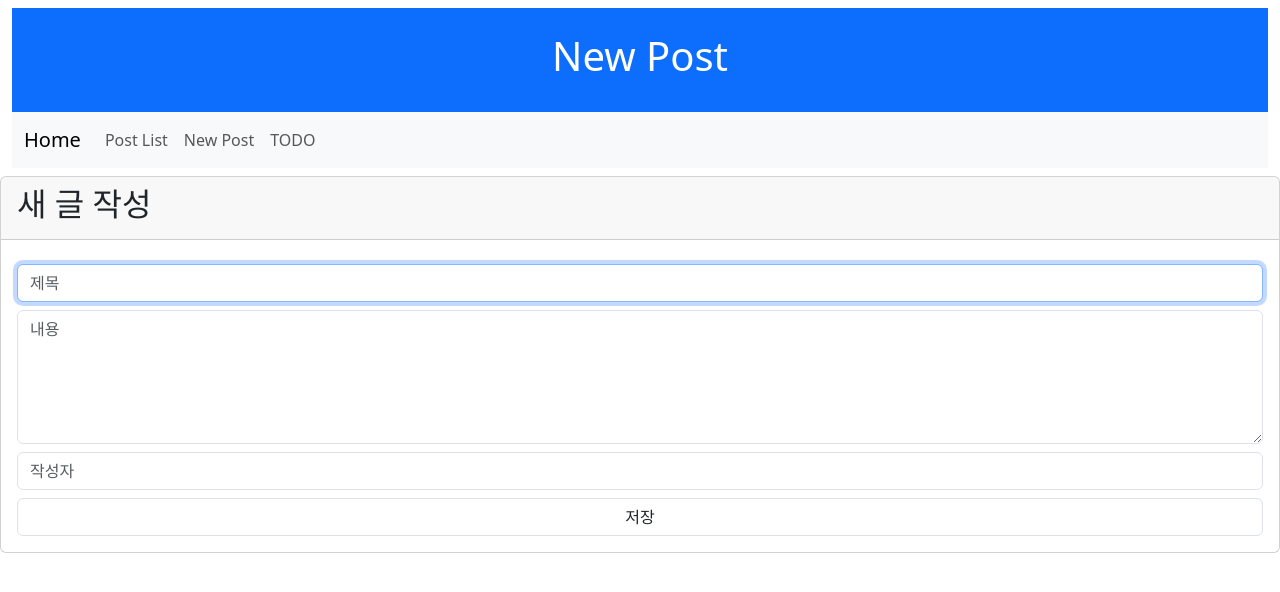
Repository: ldj0905/javaproject
Page: http://localhost/lab05_jsp/post/create
The author's editor kept a copy of each file at every save. The page is drawn from the files as they stood at one save, then again after the next save.
The browser window is 1280 px wide. The pictures show the whole page.
The page is served by Tomcat 10. Other server files are loaded and not shown.

Above is the page before, as saved 2024-05-29 02:53:17.

### lab05_jsp/src/main/webapp/WEB-INF/views/post/create.jsp
<%@ page language="java" contentType="text/html; charset=UTF-8"
    pageEncoding="UTF-8" trimDirectiveWhitespaces="true"%>
<%@ taglib prefix="c" uri="jakarta.tags.core" %>
<!DOCTYPE html>
<html>
<head>
    <meta charset="UTF-8">
    <meta name="viewport" content="width=device-width, initial-scale=1">
    <title>Insert title here</title>
    <link href="https://cdn.jsdelivr.net/npm/bootstrap@5.3.3/dist/css/bootstrap.min.css"
     rel="stylesheet"
     integrity="sha384-QWTKZyjpPEjISv5WaRU9OFeRpok6YctnYmDr5pNlyT2bRjXh0JMhjY6hW+ALEwIH"
     crossorigin="anonymous">
</head>
<body>
    <div class = "container-fluid">
        <c:set var ="pageTitle" value = "New Post" scope = "page"/> <!-- 변수를 선언하겠다 ! -->
        <%@ include file = "../fragments/header.jspf" %> <!-- 헤더 jspf포함시키기 -->
    </div>
    <main>
        <div class = "mt-2 card">
            <div class = "card-header">
                <h2>새 글 작성</h2>
            </div>
            <div class="card-body">
                <c:url var = "newPostPage" value="/post/create" />
                <form method="post" action ="${newPostPage}"></form> <!-- 왜 포스트 방식으로보냄 -->
                    <div class="mt-2">
                        <input class="form-control"
                        type ="text" name="title" placeholder="제목"
                            required autofocus /> <!--autofocus가 뭐하는거임 -->
                    </div>
                    <div class = "mt-2">
                        <textarea class="form-control"  rows="5" name="content"placeholder="내용" required></textarea> <!-- 얘가 글상자 -->
                    </div>
                    <div class = "mt-2">
                        <input class="form-control"  type="text" name="author" placeholder="작성자" required/>
                    </div>
                    <div class = "mt-2">
                        <input class="form-control"  type = "submit" value="저장"/>
                    </div>
            </div>
        </div>
    </main>
    <script src="https://cdn.jsdelivr.net/npm/bootstrap@5.3.3/dist/js/bootstrap.bundle.min.js"
    integrity="sha384-YvpcrYf0tY3lHB60NNkmXc5s9fDVZLESaAA55NDzOxhy9GkcIdslK1eN7N6jIeHz"
    crossorigin="anonymous"></script>
</body>
</html>

### lab05_jsp/src/main/webapp/WEB-INF/views/fragments/header.jspf
<%@ page language="java" contentType="text/html; charset=UTF-8"
    pageEncoding="UTF-8" trimDirectiveWhitespaces="true"%>
<%@ taglib prefix="c" uri="jakarta.tags.core" %>

<header class="mt-2 p-4 bg-primary text-white text-center">
    <h1>${pageTitle}</h1>
</header>

<nav class="navbar navbar-expand-lg bg-body-tertiary">
    <div class="container-fluid">
        <c:url var="homePage" value="/" />
        <a class="navbar-brand" href="${homePage}">Home</a>
        <button class="navbar-toggler" type="button"
            data-bs-toggle="collapse" data-bs-target="#navbarNav"
            aria-controls="navbarNav" aria-expanded="false"
            aria-label="Toggle navigation">
            <span class="navbar-toggler-icon"></span>
        </button>
        <div class="collapse navbar-collapse" id="navbarNav">
            <ul class="navbar-nav">
                <li class="nav-item">
                    <c:url var="postListPage" value="/post/list" />
                    <a class="nav-link" href="${postListPage}">Post List</a>
                </li>
                <li class="nav-item">
                    <c:url var="newPostPage" value="/post/create" />
                    <a class="nav-link" href="${newPostPage}">New Post</a>
                </li>
                <li class="nav-item">
                    <a class="nav-link" href="#">TODO</a>
                </li>
            </ul>
        </div>
    </div>
</nav>

### lab05_jsp/src/main/java/com/itwill/lab05/web/PostCreateController.java
package com.itwill.lab05.web;

import java.io.IOException;

import org.slf4j.Logger;
import org.slf4j.LoggerFactory;

import jakarta.servlet.ServletException;
import jakarta.servlet.annotation.WebServlet;
import jakarta.servlet.http.HttpServlet;
import jakarta.servlet.http.HttpServletRequest;
import jakarta.servlet.http.HttpServletResponse;
//HttpServlet 상속받기
@WebServlet(name = "PostCreateController",urlPatterns = {"/post/create"}) // <<< 얘 왜하는건지 생각좀 해보기
public class PostCreateController extends HttpServlet{
	private static final long serialVersionUID = 1L;

	private static final Logger log = LoggerFactory.getLogger(PostCreateController.class); // 얘는 왜 쓰는거고 클래스이름은 왜넣는지


	//링크를 클릭해서 들어오는거는 GET방식임
	@Override
	protected void doGet(HttpServletRequest req, HttpServletResponse resp) throws ServletException, IOException {
		log.debug("doGet()");
		//TODO 새 글을 작성할 수있는 폼(양식)을 작성하는 뷰(JSP)로 이동 시켜주는 역할.
		//JSP로 이동시키는이유 -> 귀찮아서
		req.getRequestDispatcher("/WEB-INF/views/post/create.jsp").forward(req, resp); //주소 왜 WEB-INF 부터 ?
	}



}

After the next save:
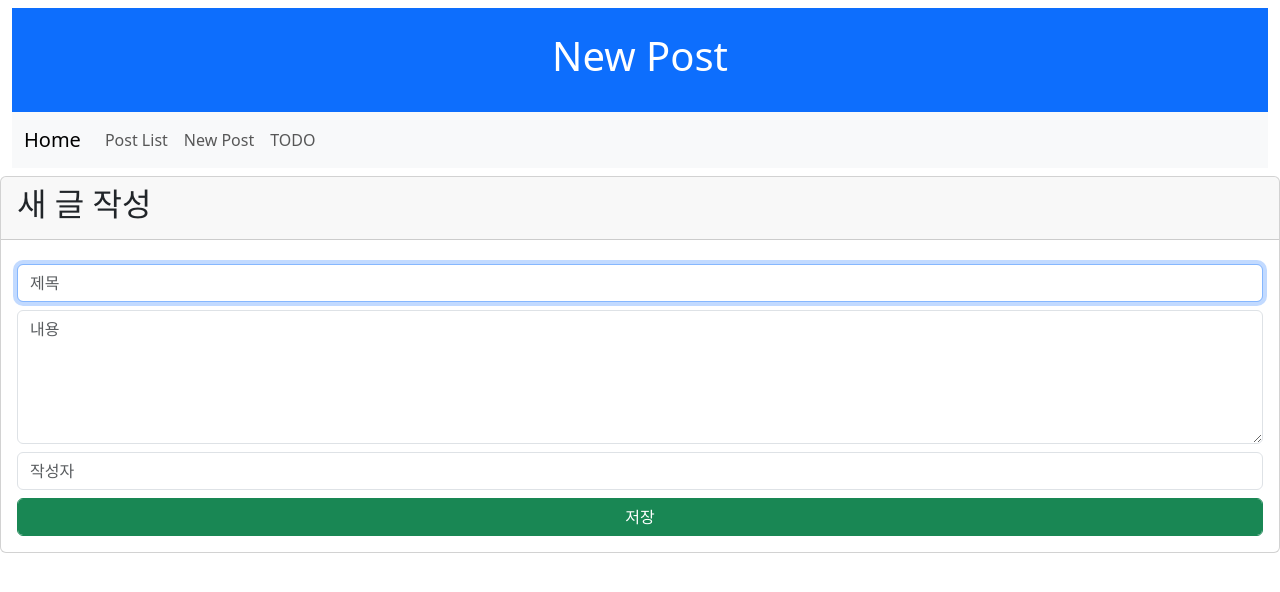
Saved 44 s later.
--- a/lab05_jsp/src/main/webapp/WEB-INF/views/post/create.jsp
+++ b/lab05_jsp/src/main/webapp/WEB-INF/views/post/create.jsp
@@ -37,7 +37,7 @@
                         <input class="form-control"  type="text" name="author" placeholder="작성자" required/>
                     </div>
                     <div class = "mt-2">
-                        <input class="form-control"  type = "submit" value="저장"/>
+                        <input class="form-control btn btn-success"  type = "submit" value="저장"/>
                     </div>
             </div>
         </div>
